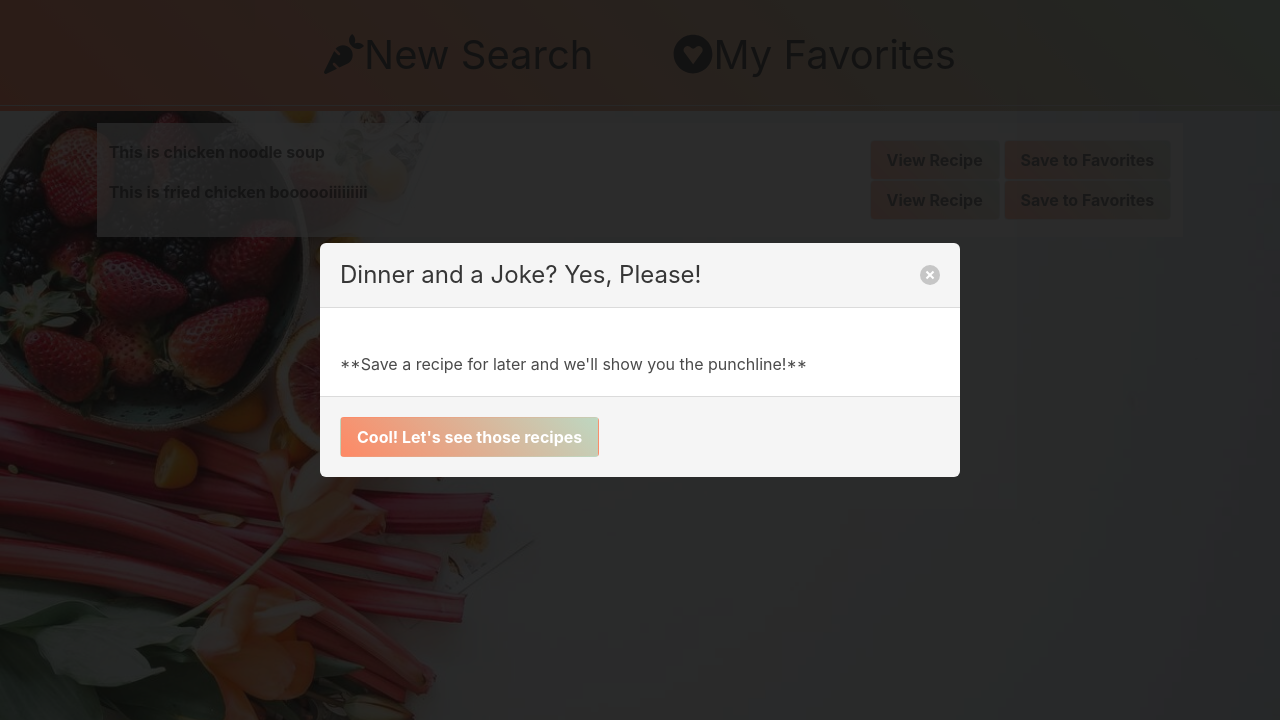
Repository: puakehaulani/the-hungry-app-proj1
Page: results.html
These files come from the project's save history. The page is drawn as it stood at one moment and after the next save; the edit follows.
The browser window is 1280 px wide. The pictures show the window.
The page's requests for data from a server got no answer. A layer covers the whole window, so only the first screen is drawn. Some web libraries are served in a nearby version.

Above is the page before, as saved 2020-10-17 13:11:21.

After the next save:
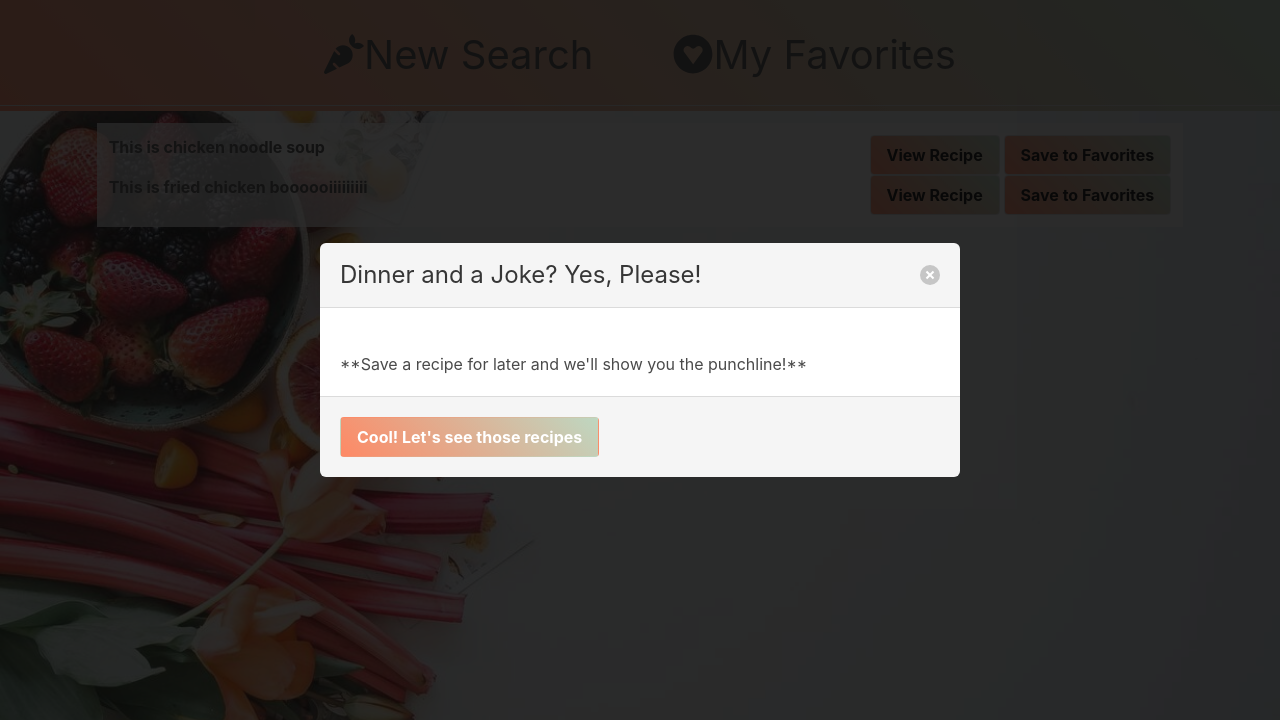
Saved 56 s later.
--- a/assets/style/style.css
+++ b/assets/style/style.css
@@ -48,12 +48,6 @@ th{
 
 /* Elements that only exist on results html*/
 
-#display{
-    background-image: linear-gradient(45deg, #FE8965, #BED7C1,) ;
-    opacity: 0.55;
-    padding-bottom: 5px;
-    padding-top: 5px;
-    color: black !important; }
 
 #resultsContentContainer {
     background-color: rgb(255, 255, 255, .7);
